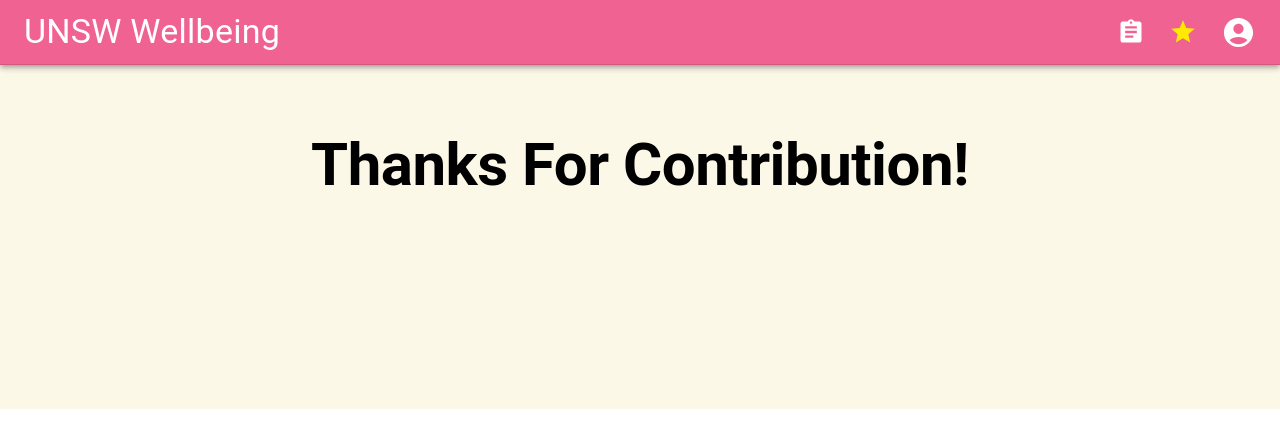
Repository: lplsz/Visionaries
Page: /student_main (app in frontend/)
The author's editor kept a copy of each file at every save. The page is drawn from the files as they stood at one save, then again after the next save.
The browser window is 1280 px wide. The pictures show the whole page.
The project was rebuilt for these pictures with package versions that can differ from the ones it lists, and the page was loaded fresh each time. Also part of the build but not shown: frontend/src/Main.jsx, frontend/src/component/HomeCard.jsx, frontend/src/page/StudentLogin.jsx, frontend/src/page/ExpertLogin.jsx, frontend/src/page/StudentRegister.jsx, frontend/src/page/ExpertRegister.jsx.

Above is the page before, as saved 2022-06-28 21:28:24.

### frontend/src/App.jsx
import React from 'react';
import {
  BrowserRouter,
  Routes,
  Route
} from 'react-router-dom';

import HomePage from './page/HomePage.jsx';
import StudentMain from './page/StudentMain';
import ExpertMain from './page/ExpertMain';
import StudentProfile from './page/StudentProfile';
import ExpertProfile from './page/ExpertProfile';
import StudentLogin from './page/StudentLogin';
import ExpertLogin from './page/ExpertLogin.jsx';
import StudentRegister from './page/StudentRegister.jsx';
import ExpertRegister from './page/ExpertRegister.jsx';

function App () {
  return (
    <BrowserRouter>
      <Routes>
        <Route path="/" element={<HomePage />} />
        <Route path="/student_register" element={<StudentRegister />} />
        <Route path="/student_login" element={<StudentLogin />} />
        <Route path="/contributor_register" element={<ExpertRegister />} />
        <Route path="/contributor_login" element={<ExpertLogin />} />
        <Route path="/student_main" element={<StudentMain />} />
        <Route path="/expert_main" element={<ExpertMain />} />
        <Route path="/student_profile" element={<StudentProfile />} />
        <Route path="/expert_profile" element={<ExpertProfile />} />
      </Routes>
    </BrowserRouter>
  );
}

export default App;

### frontend/src/page/HomePage.jsx
/* eslint-disable no-unused-vars */
import React from 'react';
import CssBaseline from '@mui/material/CssBaseline';
import Grid from '@mui/material/Grid';
import Typography from '@mui/material/Typography';
import GlobalStyles from '@mui/material/GlobalStyles';
import Container from '@mui/material/Container';
import { useNavigate } from 'react-router-dom';
import { Copyright } from '../Main';
import HomeCard from '../component/HomeCard';
import LoginIcon from '@mui/icons-material/Login';
import AssignmentIndIcon from '@mui/icons-material/AssignmentInd';
import background from './img/background.jpg'

const tiers = [
  {
    icon: <LoginIcon fontSize="large" color="success"/>,
    title: 'Student',
    buttonText1: 'Sign up your account',
    buttonText2: 'Register for free',
    buttonVariant: 'outlined',
    navigator1: '/student_login',
    navigator2: '/student_register'
  },
  {
    icon: <AssignmentIndIcon fontSize="large" color="secondary"/>,
    title: 'Expert',
    buttonText1: 'Sign up your account',
    buttonText2: 'Register for free',
    buttonVariant: 'outlined',
    navigator1: '/Expert_login',
    navigator2: '/Expert_register'
  },
];

function HomePage () {
  const navigate = useNavigate();
  return (
    <div style = {{backgroundImage: `url(${background})`, backgroundSize: '100% 100%'}}>
      <GlobalStyles styles={{ ul: { margin: 0, padding: 0, listStyle: 'none' } }} />
      <CssBaseline />
      <Container disableGutters maxWidth="sm" component="main" sx={{ pt: 8, pb: 6 }}>
        <Typography
          component="h1"
          variant="h1"
          align="center"
          color="white"
          gutterBottom
        >
          Welcome to Visionaries!
        </Typography>
      </Container>
      <Container maxWidth="md" component="main">
        <Grid container spacing={5} alignItems="flex-end">
          {tiers.map((tier, index) => <HomeCard key={index} tier={tier} navigate={navigate} />)}
        </Grid>
      </Container>

      <Container
        maxWidth="md"
        component="footer"
        sx={{
          mt: 8,
          py: [3, 6],
        }}
      >
      </Container>
    </div>
  );
}

export default HomePage;

### frontend/src/page/StudentMain.jsx
/* eslint-disable no-unused-vars */
import * as React from 'react';
import CssBaseline from '@mui/material/CssBaseline';
import Container from '@mui/material/Container';
import Typography from '@mui/material/Typography';
import Grid from '@mui/material/Grid';
import StudentHeader from '../component/StudentHeader';
import GlobalStyles from '@mui/material/GlobalStyles';
import { useNavigate } from 'react-router-dom';

const StudentMain = () => {
    const navigate = useNavigate();
    return (
        <div style = {{backgroundColor: '#FCF8E8', backgroundSize: '100% 100%'}}>
            <GlobalStyles styles={{ ul: { margin: 0, padding: 0, listStyle: 'none' } }} />
            <CssBaseline />
            <StudentHeader />
            <Container disableGutters maxWidth="lg" component="main" sx={{ pt: 8, pb: 6 }}>
                <Typography
                    component="h2"
                    variant="h2"
                    align="center"
                    color="black"
                    fontWeight='bolder'
                    >
                    Thanks For Contribution!
                    </Typography>
            </Container>
            <Container maxWidth="md" component="main">
                {/* <Grid container spacing={5} alignItems="flex-end">
                <ContributorHomeButton url={setIcon} content={"Menage Your Recipes"} navigate={navigate} router={'/add_recipe'}/>
                <ContributorHomeButton url={addIcon} content={"Creat New Recipe"} navigate={navigate} router={'/add_recipe'}/>
                </Grid> */}
            </Container>

            <Container
                maxWidth="md"
                component="footer"
                sx={{
                mt: 8,
                py: [3, 6],
                }}
            >
            </Container>
        </div>
    );
}
export default StudentMain;

### frontend/src/page/ExpertMain.jsx
const ExpertMain = () => {

}
export default ExpertMain;

### frontend/src/page/StudentProfile.jsx
const StudentProfile = () => {

}
export default StudentProfile;

### frontend/src/page/ExpertProfile.jsx
const ExpertProfile = () => {

}
export default ExpertProfile;

### frontend/src/component/StudentHeader.jsx
/* eslint-disable no-unused-vars */
import * as React from 'react';
import AppBar from '@mui/material/AppBar';
import Box from '@mui/material/Box';
import Toolbar from '@mui/material/Toolbar';
import IconButton from '@mui/material/IconButton';
import Typography from '@mui/material/Typography';
import MenuItem from '@mui/material/MenuItem';
import Menu from '@mui/material/Menu';
import AccountCircle from '@mui/icons-material/AccountCircle';
import AssignmentIcon from '@mui/icons-material/Assignment';
import { createTheme,ThemeProvider } from '@mui/material/styles';
import Divider from '@mui/material/Divider';
import StarIcon from '@mui/icons-material/Star';
import CardMedia from '@mui/material/CardMedia';
import { useNavigate } from 'react-router-dom';
import { apiCall } from '../Main';

const theme = createTheme({
  palette: {
    primary: {
      light: '#33ab9f',
      main: '#e57373',
      dark: '#00695f',
      contrastText: '#fff',
    },
    secondary: {
      light: '#ff7961',
      main: '#ffea00',
      dark: '#ba000d',
      contrastText: '#000',
    },
  },

});

export default function ExplorerHeader() {
  const [anchorEl, setAnchorEl] = React.useState(null);
  const isMenuOpen = Boolean(anchorEl);
  const navigate = useNavigate();
  const uid = localStorage.getItem('uid');
  const handleProfileMenuOpen = (event) => {
    setAnchorEl(event.currentTarget);
  };

  const handleMenuClose = () => {
    setAnchorEl(null);
  };

  const menuId = 'primary-search-account-menu';
  const renderMenu = (
    <Menu
      anchorEl={anchorEl}
      anchorOrigin={{
        vertical: 'top',
        horizontal: 'right',
      }}
      id={menuId}
      keepMounted
      transformOrigin={{
        vertical: 'top',
        horizontal: 'right',
      }}
      open={isMenuOpen}
      onClose={handleMenuClose}
    >
      <MenuItem onClick={()=>{navigate('/explorer_profile'); handleMenuClose();}}>My Profile</MenuItem>
      <Divider />
      <MenuItem onClick={()=>{
        apiCall('user/logout', 'POST', {id: uid});
        localStorage.removeItem('uid');
        navigate('/'); handleMenuClose()}}>Logout</MenuItem>
    </Menu>
  );

    return (
        <ThemeProvider theme={theme}>
        <Box sx={{ flexGrow: 1 }}>
        <AppBar position="static" sx={
            { backgroundColor:'#f06292', position:'relative',borderBottom: (t) => `1px solid ${t.palette.divider}`}}>
          <Toolbar>
            <Typography
              variant="h4"
              noWrap
              component="div"
              sx={{ display: { xs: 'none', sm: 'block' } }}
            >
                UNSW Wellbeing
            </Typography>
            {/* <CardMedia
            component="img"
            sx={{ width: 40 , margin:'10px'}}
            image={MainIcon}
            /> */}
            <Box sx={{ flexGrow: 1 }} />
            <Box sx={{ display: { xs: 'none', md: 'flex' } }}>
              <IconButton size="large" aria-label="show 4 new mails" color="inherit">
                  <AssignmentIcon fontSize="middle"/>
              </IconButton>
              <IconButton
                size="large"
                color='secondary'
              >
                  <StarIcon fontSize="middle" />
              </IconButton>
              <IconButton
                size="large"
                edge="end"
                aria-label="account of current user"
                aria-controls={menuId}
                aria-haspopup="true"
                onClick={handleProfileMenuOpen}
                color="inherit"
              >
                <AccountCircle fontSize="large" />
              </IconButton>
            </Box>
          </Toolbar>
        </AppBar>
        {renderMenu}
      </Box>
    </ThemeProvider>
)
}

Loaded but not shown: frontend/public/index.html (common file); frontend/src/index.jsx (common file); frontend/src/index.css (common file)

After the next save:
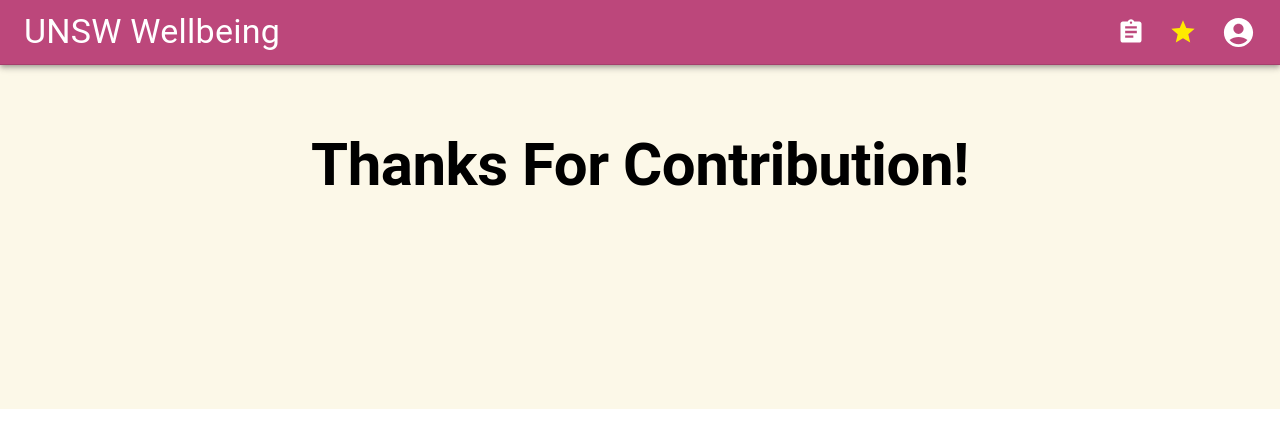
Saved 2 min 53 s later.
--- a/frontend/src/component/StudentHeader.jsx
+++ b/frontend/src/component/StudentHeader.jsx
@@ -77,7 +77,7 @@
         <ThemeProvider theme={theme}>
         <Box sx={{ flexGrow: 1 }}>
         <AppBar position="static" sx={
-            { backgroundColor:'#f06292', position:'relative',borderBottom: (t) => `1px solid ${t.palette.divider}`}}>
+            { backgroundColor:'#bc477b', position:'relative',borderBottom: (t) => `1px solid ${t.palette.divider}`}}>
           <Toolbar>
             <Typography
               variant="h4"
